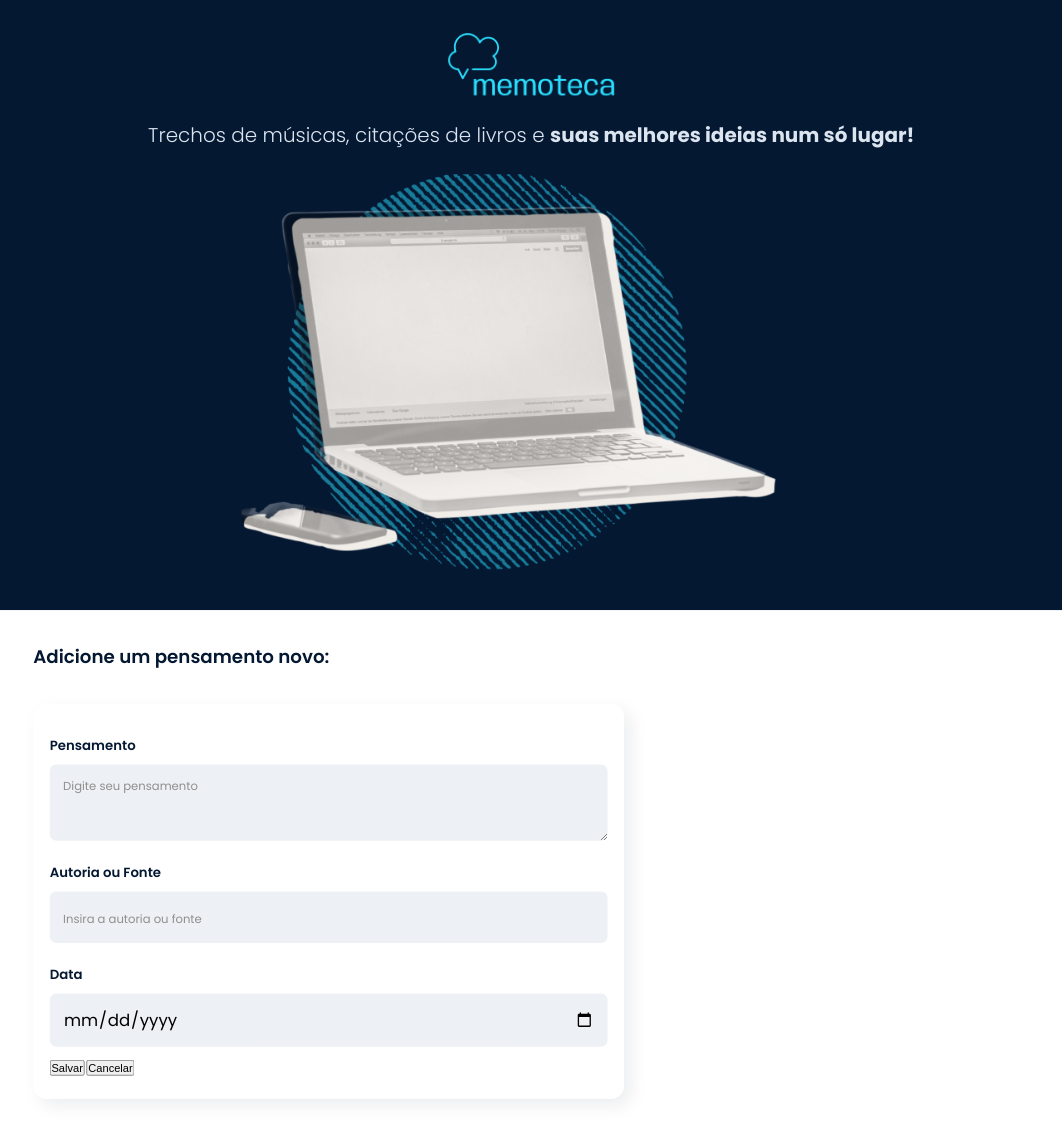
Repository: joaoPraiaJunior/crud_js
Page: index.html
The author's editor kept a copy of each file at every save. The page is drawn from the files as they stood at one save, then again after the next save.
The browser window is 1280 px wide. The pictures show the whole page, at 83% of full size.

Above is the page before, as saved 2024-09-26 22:53:43.

After the next save:
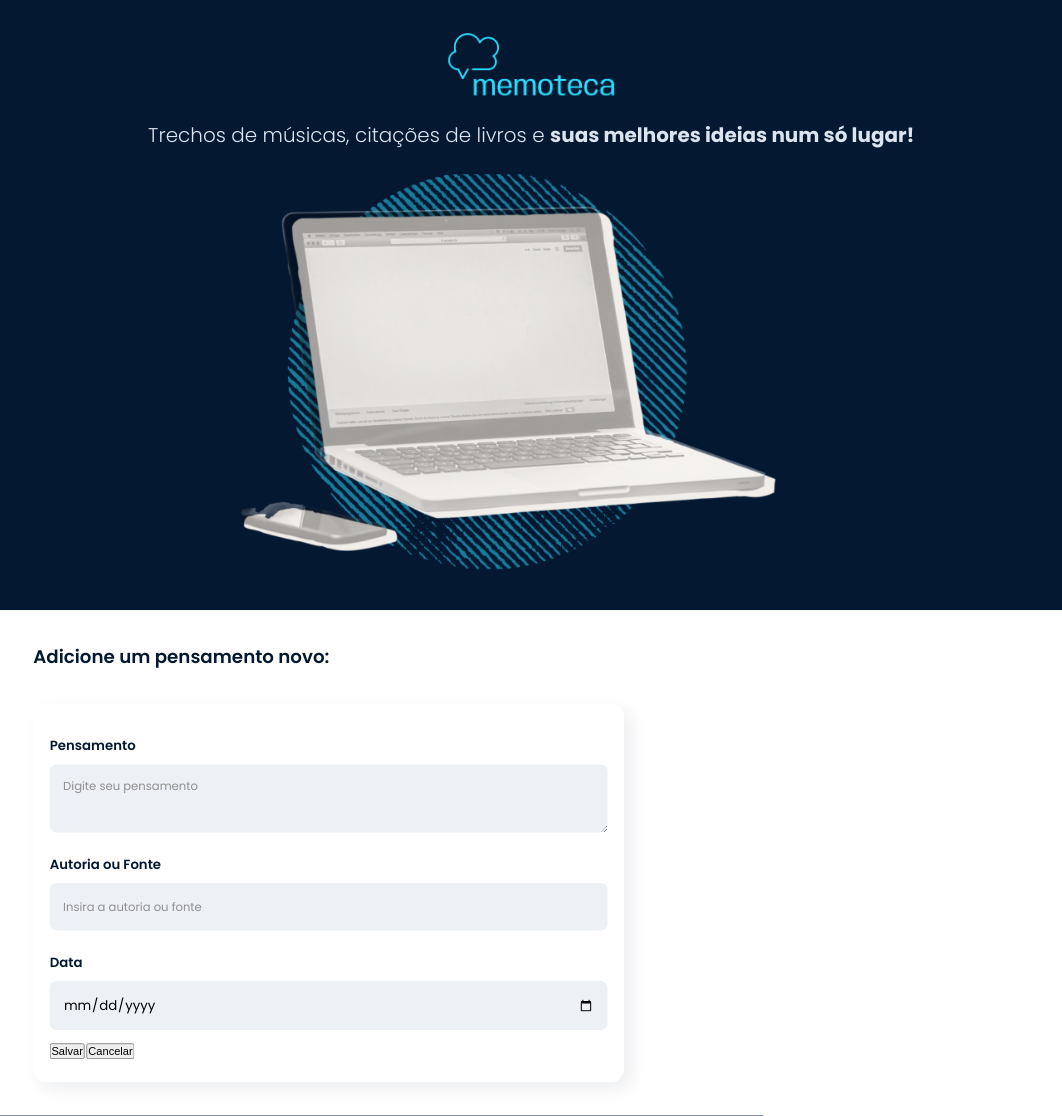
Saved 20 s later.
--- a/css/styles.css
+++ b/css/styles.css
@@ -127,7 +127,7 @@ main {
 
 #pensamento-form textarea,
 #pensamento-form input {
-	font-size: 2rem;
+	font-size: 1.6rem;
 	font-family: var(--font-primaria);
 	margin-bottom: 1.6rem;
 	border-style: none;
